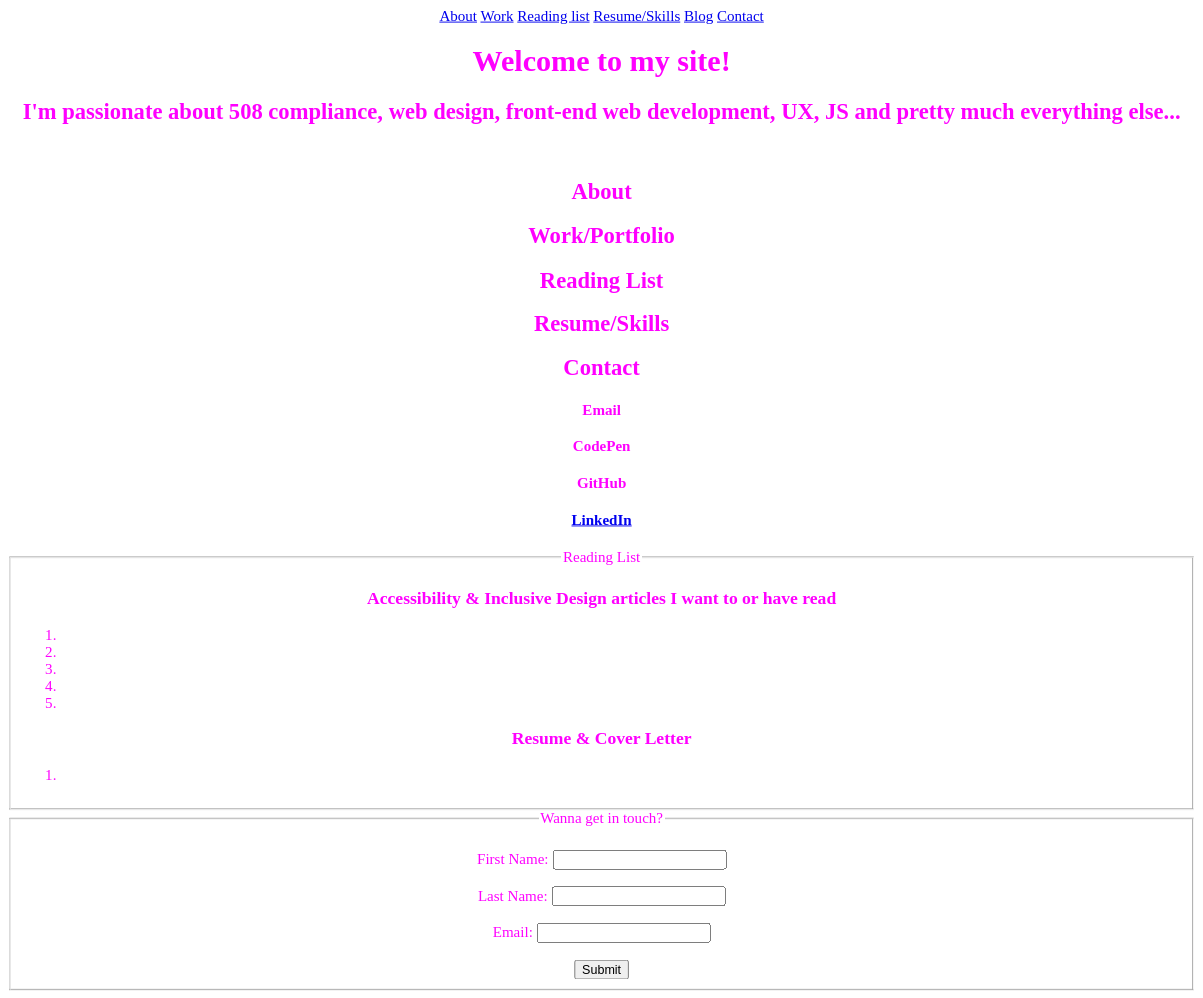
Repository: jasvr/jasvr.io
Page: index.html
An editor plug-in stored every save of this project. The page is shown before and after the next save, followed by the edit.
The browser window is 1280 px wide. The pictures show the whole page, at 94% of full size.

Above is the page before, as saved 2020-01-20 13:44:53.

### index.html
<!DOCTYPE html>
<html lang="en">

<head>
    <meta charset="UTF-8">
    <meta name="viewport" content="width=device-width, initial-scale=1.0">
    <meta http-equiv="X-UA-Compatible" content="ie=edge">
    <title>Jasmin Vargas</title>
    <link href="style.css" type="text/css" rel="stylesheet">
</head>

<body>
    <nav>
        <a href="/about/">About</a>
        <a href="/work/">Work</a>
        <a href="/readinglist/">Reading list</a>
        <a href="/resume/">Resume/Skills</a>
        <a href="/blog/">Blog</a>
        <a href="/contact/">Contact</a>
    </nav>
    <h1>Welcome to my site!</h1>
    <h2>I'm passionate about 508 compliance, web design, front-end web development, UX, JS and pretty much everything
        else...</h2>
    <br>
    <h2>About</h2>
    <h2>Work/Portfolio</h2>
    <h2>Reading List</h2>
    <h2>Resume/Skills</h2>
    <!-- <h2>Blog</h2> -->
    <h2>Contact</h2>
    <h4>Email</h4>
    <h4>CodePen</h4>
    <h4>GitHub</h4>
    <h4><a href="https://www.linkedin.com/in/jasvrgs/">LinkedIn</a></h4>


    <fieldset>
        <legend>Reading List</legend>
        <h3>Accessibility & Inclusive Design articles I want to or have read</h3>
        <ol>
            <li></li>
            <li></li>
            <li></li>
            <li></li>
            <li></li>
        </ol>
        <h3>Resume & Cover Letter</h3>
        <ol>
            <li></li>

        </ol>

    </fieldset>


    <fieldset>
        <legend>Wanna get in touch?</legend>
        <div>
            <br>
            <label for="firstname">First Name: </label>
            <input type="text" name="firstname" />
        </div>
        <div>
            <br>
            <label for="lastname">Last Name: </label>
            <input type="text" name="lastname" />
        </div>
        <div>
            <br>
            <label for="email">Email: </label>
            <input type="text" name="email" />

        </div>
        <div>
            <br>
            <input type="submit" value="Submit">
        </div>
    </fieldset>
</body>

</html>

### style.css
body{
    color:magenta;
    text-align:center;
    }

    *:focus{
        outline: 0;
        box-shadow: 0 0 10px #eb0486;
        border-color: #eb0486;
    }

    a:focus{
        color: #eb0486;
        font-weight: bold;
    }

    .button:focus{
        background-color: #eb0486;

    }

After the next save:
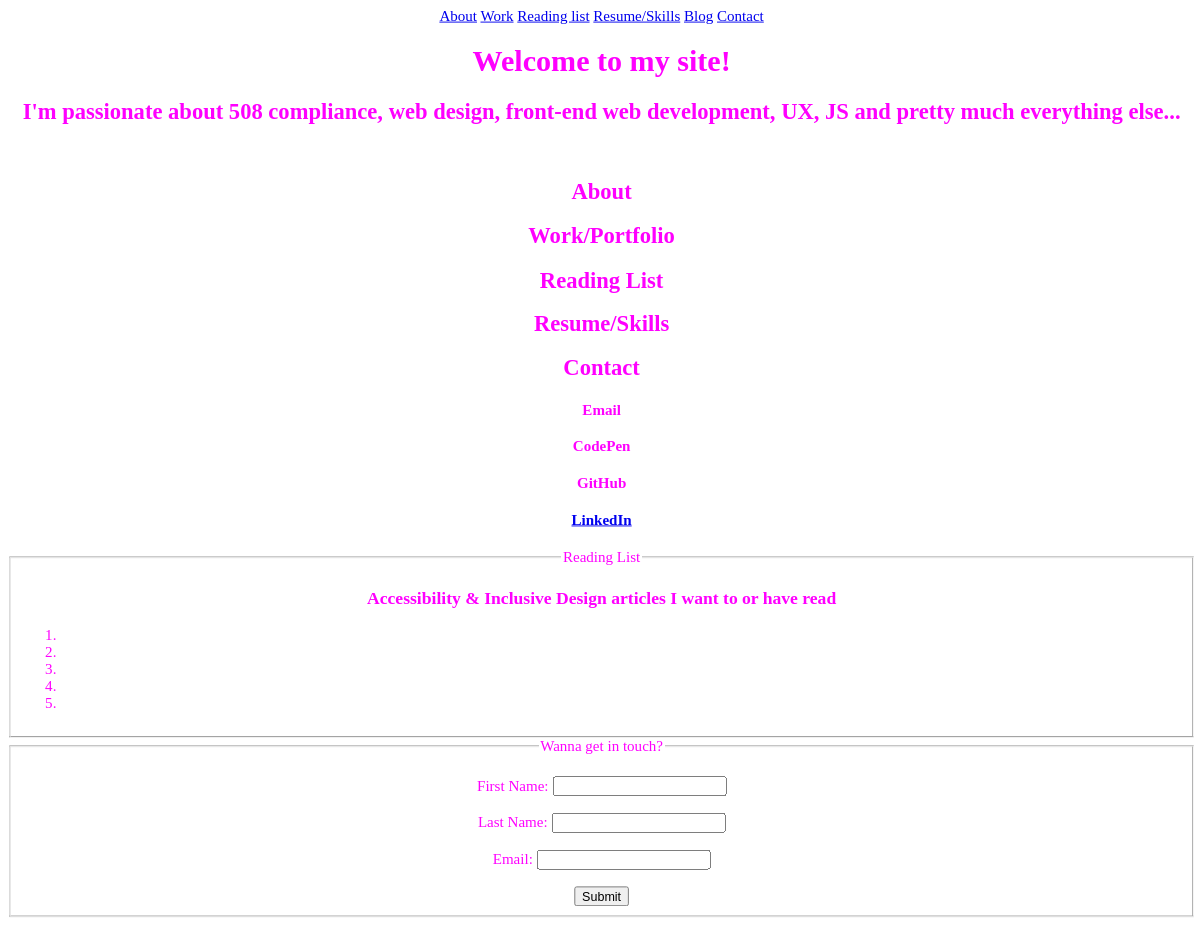
Saved 16 s later.
--- a/index.html
+++ b/index.html
@@ -44,11 +44,6 @@
             <li></li>
             <li></li>
         </ol>
-        <h3>Resume & Cover Letter</h3>
-        <ol>
-            <li></li>
-
-        </ol>
 
     </fieldset>
 
